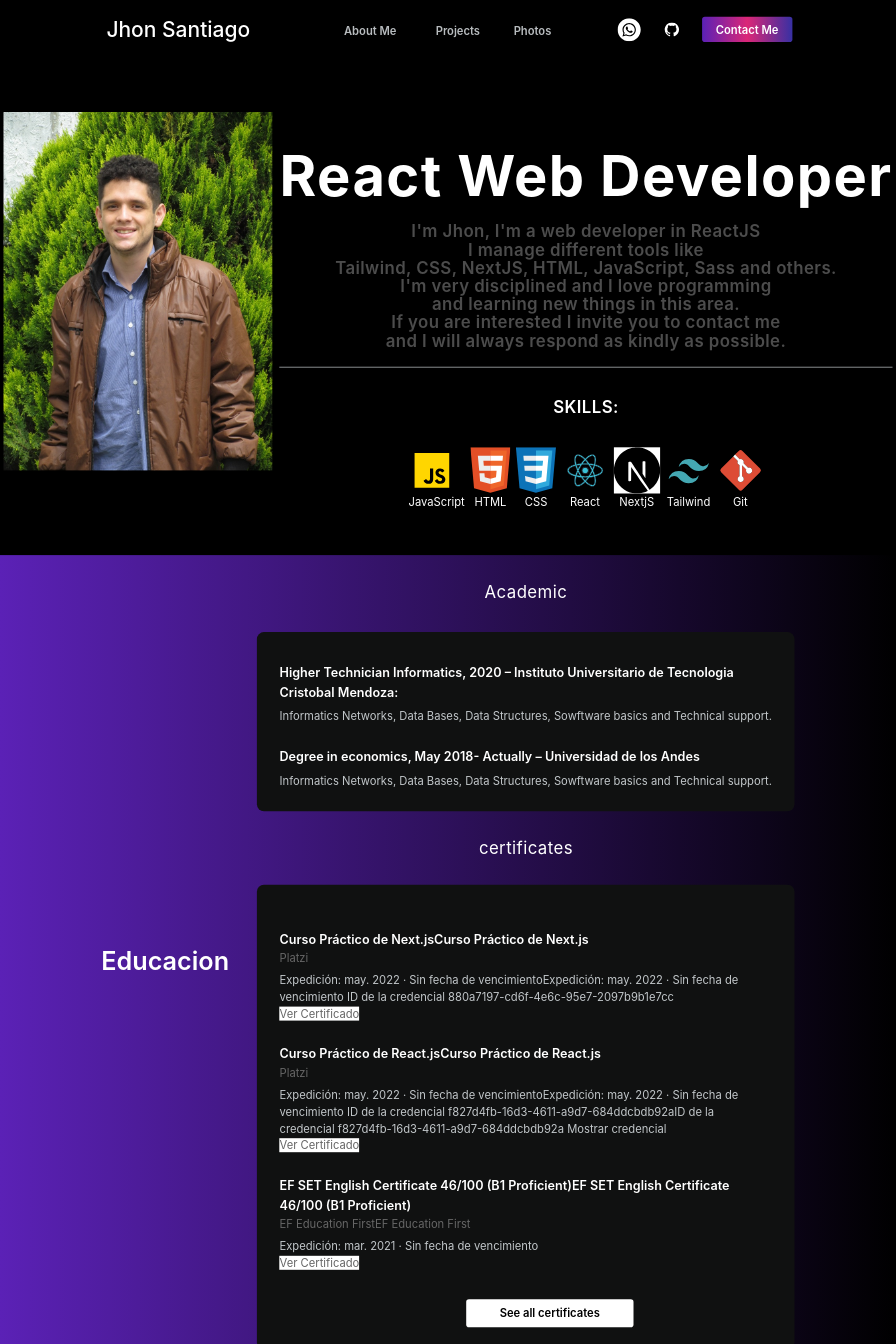
Repository: jhonenmanuel1/Repository-Jhon-Next-its
Page: /
These files come from the project's save history. The page is drawn as it stood at one moment and after the next save; the edit follows.
The browser window is 1280 px wide. The pictures show the part of the page from y = 0 to 1920 px (the page is 4392 px tall), at 70% of full size.
The project was rebuilt for these pictures with package versions that can differ from the ones it lists, and the page was loaded fresh each time. The framework's server and built-in components were replaced by stand-ins that run in the browser. Also part of the build but not shown: next.config.js.

Above is the page before, as saved 2022-06-07 19:14:08.

### pages/index.js
import Head from "next/head";
import Header from "../components/Header";
import Main from "../components/Main";
import Footer from "../components/Footer";
import { NextSeo } from "next-seo";

export default function Home() {
  return (
    <div className="text-black bg-black">
      <Head>
        <title>Jhon Santiago</title>
        <link rel="icon" href="/favicon.png" />
      </Head>
      <Header />
      <Main />
      <Footer />
    </div>
  );
}

### styles/globals.css
@tailwind base;
@tailwind components;
@tailwind utilities;
@import url(//db.onlinewebfonts.com/c/e5c490a944bc2b2746f0c851501e46c7?family=AvenirNextW10-Bold);
@import url("https://fonts.googleapis.com/css2?family=Inter&display=swap");

html,
body {
  padding: 0;
  margin: 0;
  font-family: -apple-system, BlinkMacSystemFont, Segoe UI, Roboto, Oxygen,
    Ubuntu, Cantarell, Fira Sans, Droid Sans, Helvetica Neue, sans-serif;
  background-color: #000000;
}

a {
  color: inherit;
  text-decoration: none;
}

* {
  box-sizing: border-box;
}

.g327 {
  border-color: #302f30;
}

@font-face {
  font-family: "AvenirNextW10-Bold";
  src: url("//db.onlinewebfonts.com/t/e5c490a944bc2b2746f0c851501e46c7.eot");
  src: url("//db.onlinewebfonts.com/t/e5c490a944bc2b2746f0c851501e46c7.eot?#iefix")
      format("embedded-opentype"),
    url("//db.onlinewebfonts.com/t/e5c490a944bc2b2746f0c851501e46c7.woff2")
      format("woff2"),
    url("//db.onlinewebfonts.com/t/e5c490a944bc2b2746f0c851501e46c7.woff")
      format("woff"),
    url("//db.onlinewebfonts.com/t/e5c490a944bc2b2746f0c851501e46c7.ttf")
      format("truetype"),
    url("//db.onlinewebfonts.com/t/e5c490a944bc2b2746f0c851501e46c7.svg#AvenirNextW10-Bold")
      format("svg");
}

.Avenir {
  font-family: AvenirNextW10-Bold;
  font-display: swap;
}

.grr {
  grid-template-columns: repeat(2, 1fr);
}

.txg {
  color: #b8bcbf;
}

.ld-04 {
  letter-spacing: 0.025em;
}

.lh-6 {
  line-height: 1.08;
}

.text-80 {
  font-size: 80px;
}

.font-4 {
  font-family: Inter, sans-serif;
}

.tr04 {
  transition: 0.4s;
}

.clearNav {
  backdrop-filter: saturate(180%) blur(5px) !important;
  background-color: rgba(0, 0, 0, 0.7) !important;
}

.fsac4 {
  display: grid;
  grid-template-columns: repeat(1, 1fr);
  grid-gap: 32px;
}

@media (min-width: 720px) {
  .fsac4 {
    grid-template-columns: repeat(2, 1fr);
  }
}

.ktq4 {
  background-color: #101111;
  padding: 2rem;
  border-radius: 10px;
}

.fkrr1 {
  font-family: "Inter", sans-serif;
}

### components/Header.js
import React from "react";

export default function Header() {
  const [navbarOpen, setNavbarOpen] = React.useState(false);
  const [flyer, setFlyer] = React.useState(false);
  const [flyerTwo, setFlyerTwo] = React.useState(false);

  return (
    <header class="fixed top-0 w-full clearNav z-50">
      <div class="max-w-5xl mx-auto flex flex-wrap p-5 flex-col md:flex-row">
        <div className="flex flex-row items-center justify-between p-3 md:p-1">
          <a
            href="/"
            class="flex text-3xl text-white font-medium mb-4 md:mb-0"
          >Jhon Santiago
          </a>
          <button
            className="text-white pb-4 cursor-pointer leading-none px-3 py-1 md:hidden outline-none focus:outline-none content-end ml-auto"
            type="button"
            aria-label="button"
            onClick={() => setNavbarOpen(!navbarOpen)}
          >
            <svg
              xmlns="http://www.w3.org/2000/svg"
              width="24"
              height="24"
              viewBox="0 0 24 24"
              fill="none"
              stroke="white"
              strokeWidth="2"
              strokeLinecap="round"
              strokeLinejoin="round"
              className="feather feather-menu"
            >
              <line x1="3" y1="12" x2="21" y2="12"></line>
              <line x1="3" y1="6" x2="21" y2="6"></line>
              <line x1="3" y1="18" x2="21" y2="18"></line>
            </svg>
          </button>
        </div>
        <div
          className={
            "md:flex flex-grow items-center" +
            (navbarOpen ? " flex" : " hidden")
          }
        >
          <div class="md:ml-auto md:mr-auto font-4 pt-1 md:pl-14 pl-1 flex flex-wrap items-center md:text-base text-1xl md:justify-center justify-items-start">
            <a class="mr-1 pr-2 cursor-pointer text-gray-300 hover:text-white font-semibold tr04">
              About Me
            </a>
            <a class="mr-12 md:ml-11 ml-0 cursor-pointer text-gray-300 hover:text-white font-semibold tr04">
              Projects
            </a>
            <a class="mr-5 cursor-pointer text-gray-300 hover:text-white font-semibold tr04">
              Photos
            </a>
          </div>
          <a
            href="https://wa.me/+584247287084"
            rel="noopener noreferrer"
            target="_blank"
            className="invisible md:visible"
          >
            <svg
              title="Twitter"
              width="35"
              height="33"

              viewBox="0 0 25 24"

              fill="none"
            >
              <path
                data-v-54e46119=""
                d="M12.031 6.172c-3.181 0-5.767 2.586-5.768 5.766-.001 1.298.38 2.27 1.019 3.287l-.582 2.128 2.182-.573c.978.58 1.911.928 3.145.929 3.178 0 5.767-2.587 5.768-5.766.001-3.187-2.575-5.77-5.764-5.771zm3.392 8.244c-.144.405-.837.774-1.17.824-.299.045-.677.063-1.092-.069-.252-.08-.575-.187-.988-.365-1.739-.751-2.874-2.502-2.961-2.617-.087-.116-.708-.94-.708-1.793s.448-1.273.607-1.446c.159-.173.346-.217.462-.217l.332.006c.106.005.249-.04.39.298.144.347.491 1.2.534 1.287.043.087.072.188.014.304-.058.116-.087.188-.173.289l-.26.304c-.087.086-.177.18-.076.354.101.174.449.741.964 1.201.662.591 1.221.774 1.394.86s.274.072.376-.043c.101-.116.433-.506.549-.68.116-.173.231-.145.39-.087s1.011.477 1.184.564.289.13.332.202c.045.072.045.419-.1.824zm-3.423-14.416c-6.627 0-12 5.373-12 12s5.373 12 12 12 12-5.373 12-12-5.373-12-12-12zm.029 18.88c-1.161 0-2.305-.292-3.318-.844l-3.677.964.984-3.595c-.607-1.052-.927-2.246-.926-3.468.001-3.825 3.113-6.937 6.937-6.937 1.856.001 3.598.723 4.907 2.034 1.31 1.311 2.031 3.054 2.03 4.908-.001 3.825-3.113 6.938-6.937 6.938z"
                fill="white"
              ></path>
            </svg>
          </a>
          <a
            data-v-54e46119=""
            href="https://github.com/jhonenmanuel1"
            rel="noopener noreferrer"
            target="_blank"
            className="pl-7 invisible md:visible"
          >
            <svg
              data-v-54e46119=""
              width="30"
              height="20"
              viewBox="0 0 25 24"
              fill="none"
              xmlns="http://www.w3.org/2000/svg"
              title="GitHub logo"
              class="github-link--logo"
            >
              <path
                data-v-54e46119=""
                fill-rule="evenodd"
                clip-rule="evenodd"
                d="M12.3019 0C5.50526 0 0 5.50526 0 12.3019C0 17.7392 3.52669 22.3458 8.4127 23.977C9.0244 24.0902 9.25095 23.7126 9.25095 23.3804C9.25095 23.0858 9.2434 22.3156 9.23585 21.2885C5.81488 22.0286 5.08991 19.6422 5.08991 19.6422C4.53108 18.2225 3.72304 17.8373 3.72304 17.8373C2.60537 17.0746 3.80611 17.0897 3.80611 17.0897C5.03705 17.1803 5.69405 18.3584 5.69405 18.3584C6.78906 20.2388 8.57129 19.6951 9.27361 19.3779C9.38688 18.585 9.70406 18.0412 10.0514 17.7316C7.32524 17.4295 4.45556 16.3723 4.45556 11.66C4.45556 10.3158 4.93132 9.22074 5.72426 8.35984C5.59588 8.04266 5.17298 6.79662 5.83754 5.10501C5.83754 5.10501 6.87213 4.77274 9.22074 6.36616C10.2025 6.0943 11.2522 5.95837 12.3019 5.95082C13.344 5.95837 14.4013 6.0943 15.383 6.36616C17.7316 4.77274 18.7662 5.10501 18.7662 5.10501C19.4383 6.79662 19.0154 8.05021 18.887 8.35984C19.6724 9.22074 20.1482 10.3158 20.1482 11.66C20.1482 16.3874 17.271 17.422 14.5297 17.7316C14.9677 18.1092 15.3679 18.8644 15.3679 20.0123C15.3679 21.6586 15.3528 22.9801 15.3528 23.3879C15.3528 23.7202 15.5718 24.0978 16.1986 23.977C21.0846 22.3458 24.6038 17.7392 24.6038 12.3094C24.6038 5.50526 19.0985 0 12.3019 0Z"
                fill="white"
              ></path>
            </svg>
          </a>
          <a
            data-v-54e46119=""
            href="https://github.com/jhonenmanuel1"
            rel="noopener noreferrer"
            target="_blank"
            className="pl-7 invisible md:visible"
          >
           <button
           className="
              bg-gradient-to-r from-purple-800 via-pink-600 to-indigo-800
              text-white
              py-1.5 px-5 rounded
              font-semibold tr04">
              Contact Me
           </button>
          </a>
        </div>
      </div>
    </header>
  );
}

### components/Footer.js
export default function Footer() {
  return (
    <footer className="pb-4 text-gray-200">
    <section class="relative pb-24">
        <div class="max-w-6xl mx-auto px-4 sm:px-6 text-center">
          <div class="py-24 md:py-36">
            <h1 class="mb-5 text-6xl font-bold text-white">Contact Me</h1>
            <h2> jhonesantiagor@gmail.com</h2>
          </div>
          <div class="flex align-center justify-center">
          <div className="flex jutify-center align-center space-x-5">
            <a href = "mailto: jhonesantiagor@gmail.com"> <img height={"100"} src="images/nicons/gmail.png" ></img> Mail </a>
            <a href="https://www.linkedin.com/in/jhonsantiago/"><img src="images/nicons/linkedin.png"></img> Linkedin </a>
            <a   href="https://wa.me/+584247287084"><img src="images/nicons/whatsapp.png"></img>WhatsApp</a>
            <a href="https://twitter.com/jhonenmsantiago"><img src="images/nicons/gorjeo.png"></img>Twitter</a>
          </div>

          </div>

        </div>
      </section>
    </footer>
  );
}

### tailwind.config.js
module.exports = {
  purge: ["./components/**/*.js", "./pages/**/*.js"],
  darkMode: false, // or 'media' or 'class'
  theme: {
    screens: {
      'sm': '640px',
      // => @media (min-width: 640px) { ... }

      'md': '768px',
      // => @media (min-width: 768px) { ... }

      'lg': '1024px',
      // => @media (min-width: 1024px) { ... }

      'xl': '1280px',
      // => @media (min-width: 1280px) { ... }

      '2xl': '1536px',
      // => @media (min-width: 1536px) { ... }
      'lmin': {'max': '800px'},
      'lmin2': {'max': '508px'}

  },
    extend: {
      colors: {
        gray: {
          100: "#FBFBFB",
          200: "#c2c7ca",
          300: "#b8bcbf",
          400: "#999999",
          500: "#7F7F7F",
          600: "#666666",
          700: "#4C4C4C",
          800: "#121212",
          900: "#191919",
        },
      },
    },
  },
  variants: {
    extend: {},
  },
  plugins: [],
};

Loaded but not shown: pages/_app.js (common file); components/Main.js (381 lines, source omitted)

After the next save:
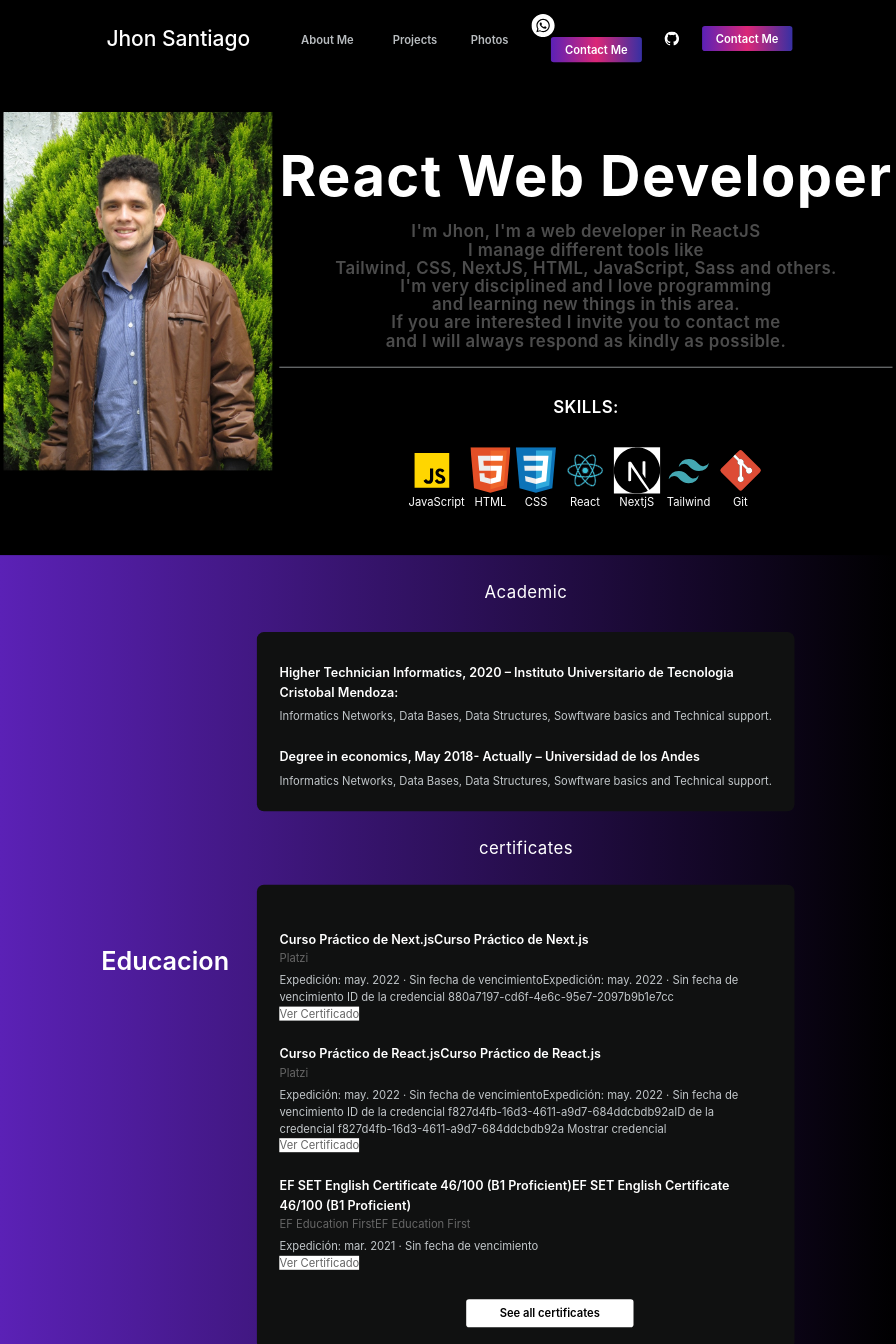
Saved 2 min 53 s later.
--- a/components/Header.js
+++ b/components/Header.js
@@ -76,6 +76,22 @@
                 fill="white"
               ></path>
             </svg>
+            <a
+            data-v-54e46119=""
+            href="https://github.com/jhonenmanuel1"
+            rel="noopener noreferrer"
+            target="_blank"
+            className="pl-7 invisible md:visible"
+          >
+           <button
+           className="
+              bg-gradient-to-r from-purple-800 via-pink-600 to-indigo-800
+              text-white
+              py-1.5 px-5 rounded
+              font-semibold tr04">
+              Contact Me
+           </button>
+          </a>
           </a>
           <a
             data-v-54e46119=""

After the save that followed:
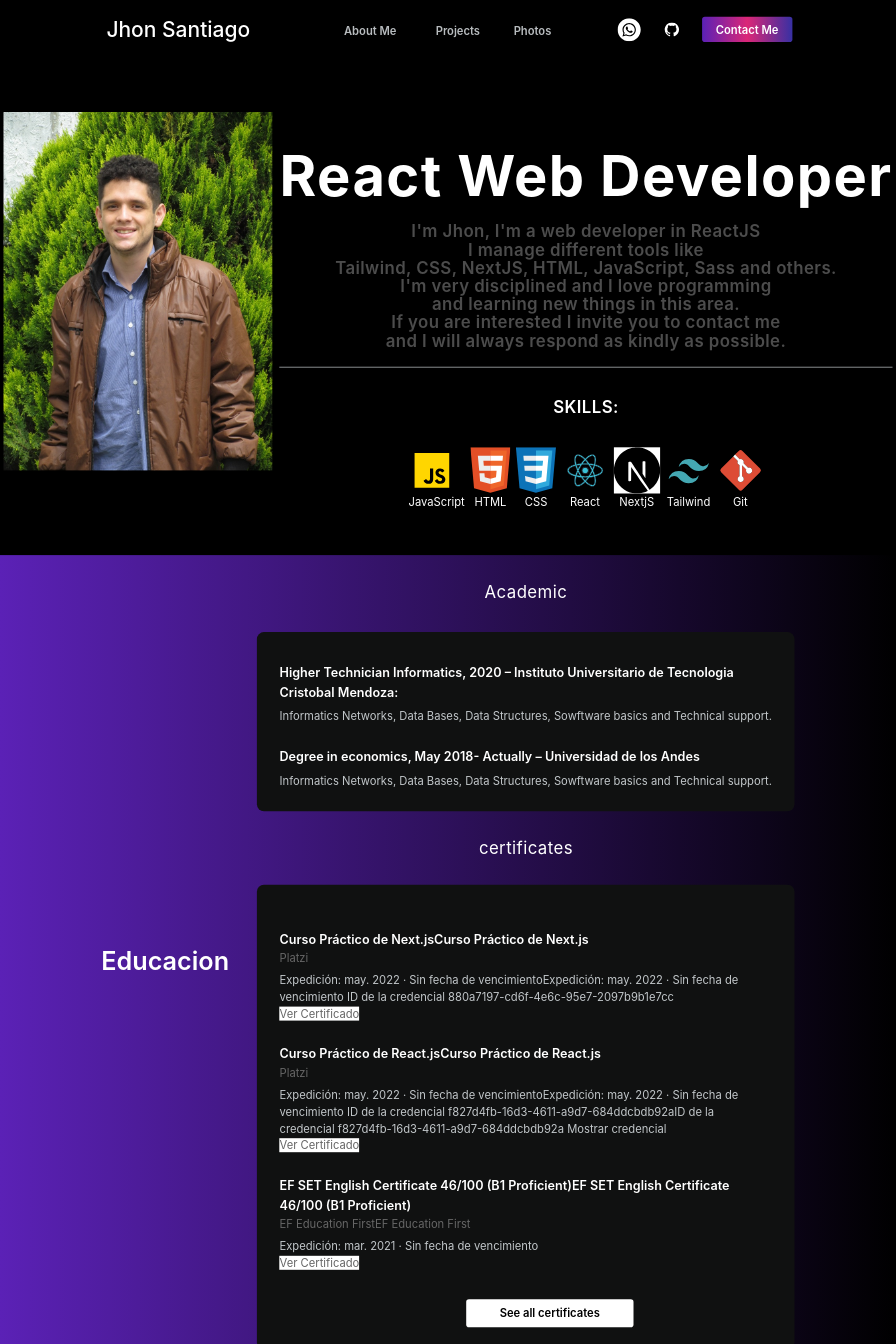
Saved 55 s later.
--- a/components/Header.js
+++ b/components/Header.js
@@ -36,6 +36,22 @@
               <line x1="3" y1="6" x2="21" y2="6"></line>
               <line x1="3" y1="18" x2="21" y2="18"></line>
             </svg>
+            <a
+            data-v-54e46119=""
+            href="https://github.com/jhonenmanuel1"
+            rel="noopener noreferrer"
+            target="_blank"
+            className="pl-7 invisible md:visible"
+          >
+           <button
+           className="
+              bg-gradient-to-r from-purple-800 via-pink-600 to-indigo-800
+              text-white
+              py-1.5 px-5 rounded
+              font-semibold tr04">
+              Contact Me
+           </button>
+          </a>
           </button>
         </div>
         <div
@@ -76,22 +92,7 @@
                 fill="white"
               ></path>
             </svg>
-            <a
-            data-v-54e46119=""
-            href="https://github.com/jhonenmanuel1"
-            rel="noopener noreferrer"
-            target="_blank"
-            className="pl-7 invisible md:visible"
-          >
-           <button
-           className="
-              bg-gradient-to-r from-purple-800 via-pink-600 to-indigo-800
-              text-white
-              py-1.5 px-5 rounded
-              font-semibold tr04">
-              Contact Me
-           </button>
-          </a>
+
           </a>
           <a
             data-v-54e46119=""
